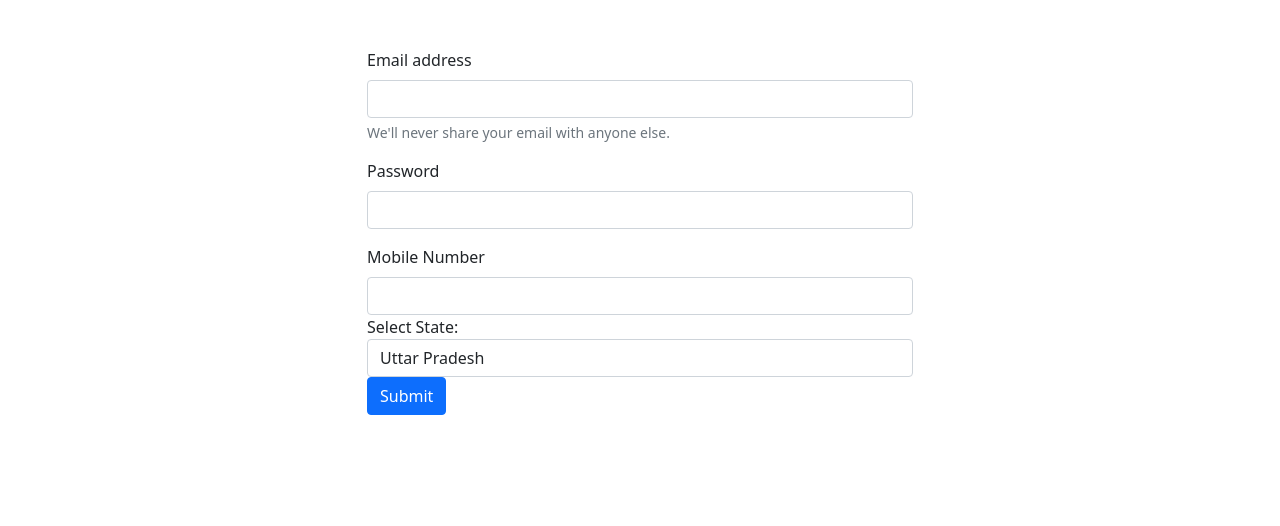
Repository: SimSri-ExtraMarks/FormHandling
Page: formHandling/form.html
These files come from the project's save history. The page is drawn as it stood at one moment and after the next save; the edit follows.
The browser window is 1280 px wide. The pictures show the whole page.

Above is the page before, as saved 2021-06-26 12:31:47.

### formHandling/form.html
<!doctype html>
<html lang="en">
<head>
<meta charset="UTF-8" />
<title>Registration Form</title>
<link
	href="https://cdn.jsdelivr.net/npm/bootstrap@5.0.2/dist/css/bootstrap.min.css"
	rel="stylesheet"
	integrity="sha384-EVSTQN3/azprG1Anm3QDgpJLIm9Nao0Yz1ztcQTwFspd3yD65VohhpuuCOmLASjC"
	crossorigin="anonymous">
</head>
<body>
	<div class="container">
		<div class="row mt-5">
			<div class="col-md-6 offset-md-3">
			<form>
  <div class="mb-3">
    <label for="exampleInputEmail1" class="form-label">Email address</label>
    <input type="email" class="form-control" id="exampleInputEmail1" aria-describedby="emailHelp">
    <div id="emailHelp" class="form-text">We'll never share your email with anyone else.</div>
  </div>
  <div class="mb-3">
    <label for="exampleInputPassword1" class="form-label">Password</label>
    <input type="password" class="form-control" id="exampleInputPassword1">
  </div>
   <div class="mb-3">
    <label for="exampleInputMobileNumber" class="form-label">Mobile Number</label>
    <input type="mobilenumber" class="form-control" id="exampleInputMobileNumber">
    <div class="form-group">
  <label for="exampleInputState">Select State:</label>
  <select class="form-control" id="exampleInputState">
    <option>Uttar Pradesh</option>
    <option>Maharashtra</option>
    <option>Rajasthan</option>
    <option>Kerala</option>
  </select>
</div>
  <button type="submit" class="btn btn-primary">Submit</button>
</form>



			</div>
		</div>
	</div>
</body>
</html>

After the next save:
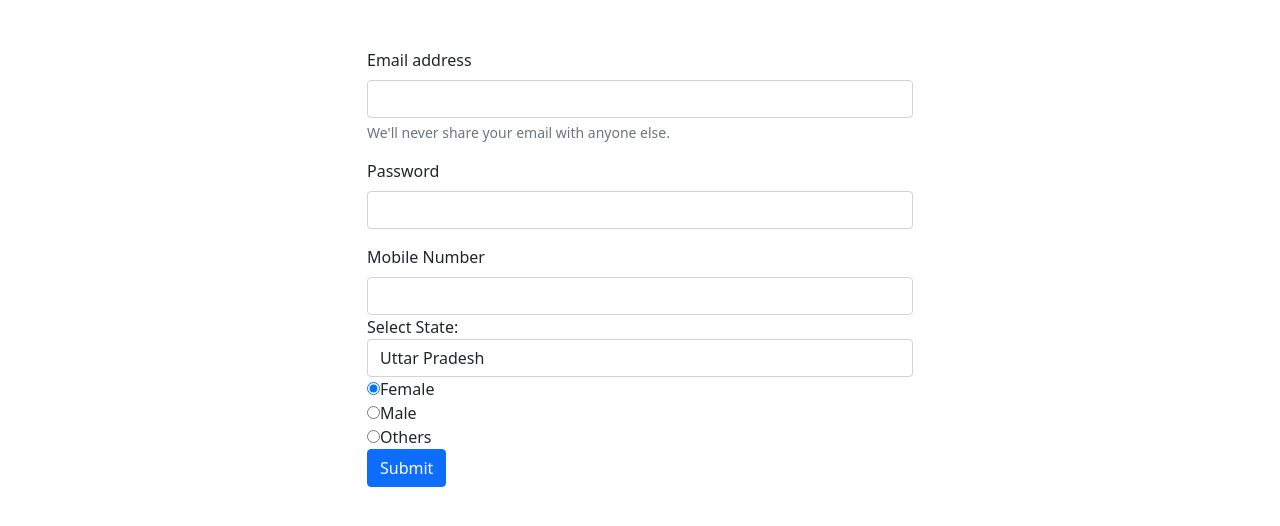
Saved 2 min 3 s later.
--- a/formHandling/form.html
+++ b/formHandling/form.html
@@ -35,6 +35,16 @@
     <option>Kerala</option>
   </select>
 </div>
+
+<div class="radio">
+  <label><input type="radio" name="exampleInputGender" checked>Female</label>
+</div>
+<div class="radio">
+  <label><input type="radio" name="exampleInputGender">Male</label>
+</div>
+<div class="radio disabled">
+  <label><input type="radio" name="exampleInputGender">Others</label>
+</div>
   <button type="submit" class="btn btn-primary">Submit</button>
 </form>
 
